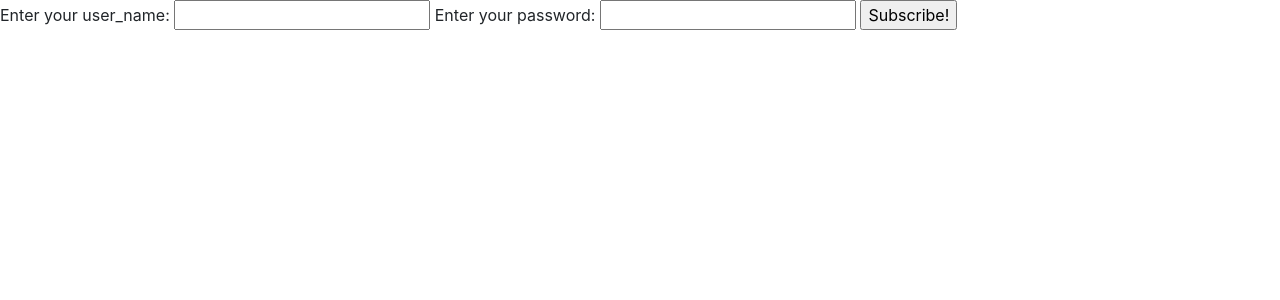
Repository: duicul/flaskRaspberryApp
Page: flask_pydev/templates/login.html
These files come from the project's save history. The page is drawn as it stood at one moment and after the next save; the edit follows.
The browser window is 1280 px wide. The pictures show the whole page.

Above is the page before, as saved 2021-06-23 19:43:30.

After the next save:
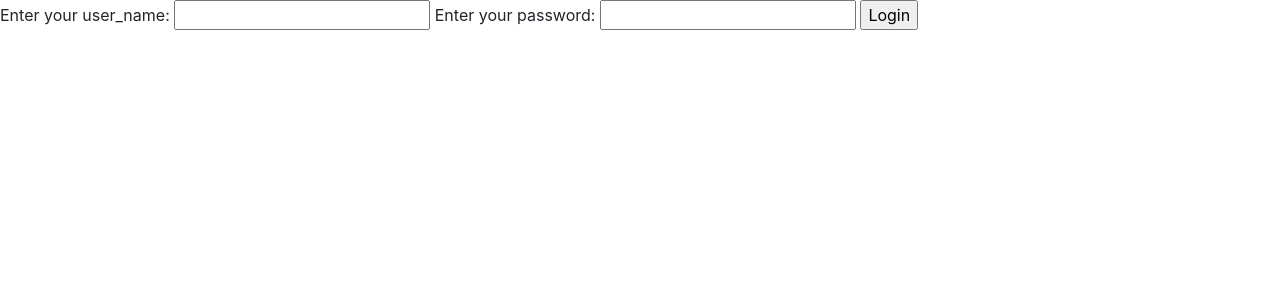
Saved 5 s later.
--- a/flask_pydev/templates/login.html
+++ b/flask_pydev/templates/login.html
@@ -26,7 +26,7 @@ background-color:rgb(100,120,180);
 <input type="text" name="user_name" id="name" required>
 <label for="password">Enter your password: </label>
 <input type="text" name="password" id="password" required>
- <input type="submit" value="Subscribe!">
+ <input type="submit" value="Login">
 </form>
 
 <script src="/static/js/hello.js?v=1.14"></script>
